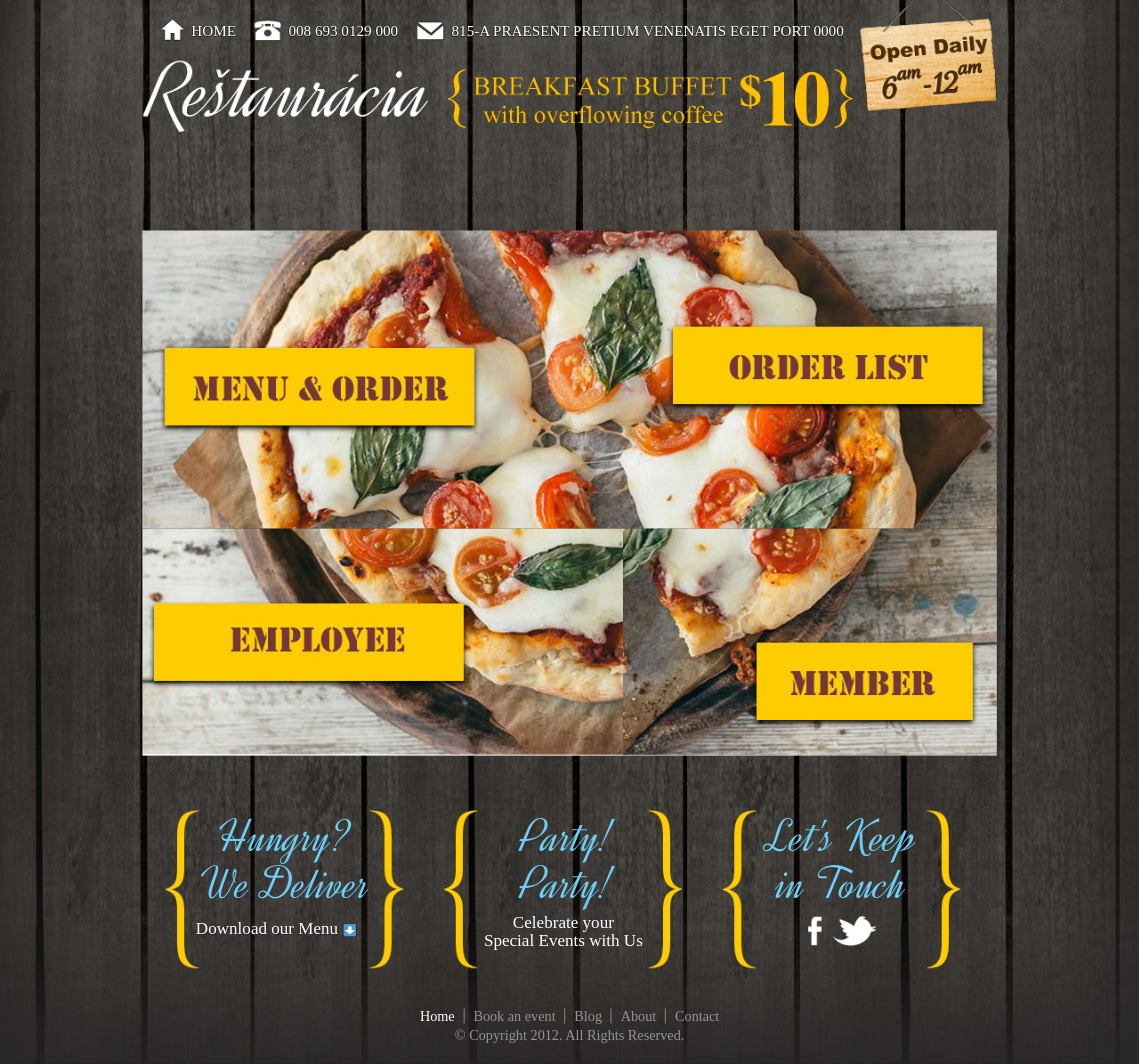
Repository: WarapornPum/OoadProject
Page: http://localhost/PizzaOrderSystem/Home.jsp
These files come from the project's save history. The page is drawn as it stood at one moment and after the next save; the edit follows.
The browser window is 1280 px wide. The pictures show the whole page, at 89% of full size.
The page is served by Tomcat 9.

Above is the page before, as saved 2019-02-16 11:13:02.

After the next save:
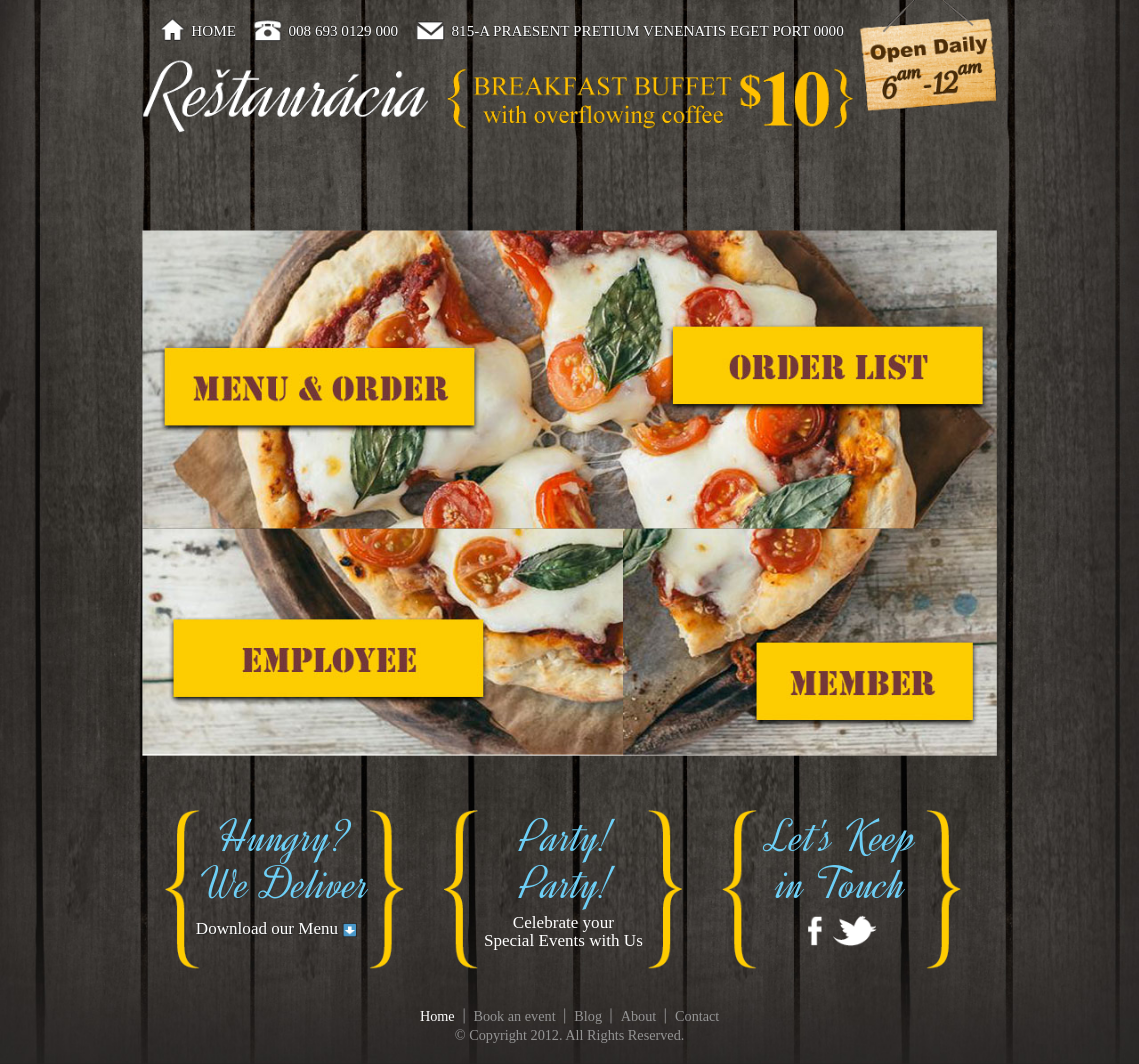
Saved 18 s later.
--- a/PizzaOrderSystem/WebContent/css/style.css
+++ b/PizzaOrderSystem/WebContent/css/style.css
@@ -175,12 +175,12 @@ body {
 }
 
 #featured li.entree a {
-	background: url(../images/employee.jpg) no-repeat 0 0;
+	background: url(../images/employee_1.jpg) no-repeat 0 0;
 	height: 255px;
 	width: 540px;
 }
 #featured li.entree a:hover {
-	background: url(../images/employee_1_hover.jpg) no-repeat 0 0;
+	background: url(../images/employee_2_hover.jpg) no-repeat 0 0;
 }
 
 #featured li.desserts a {
